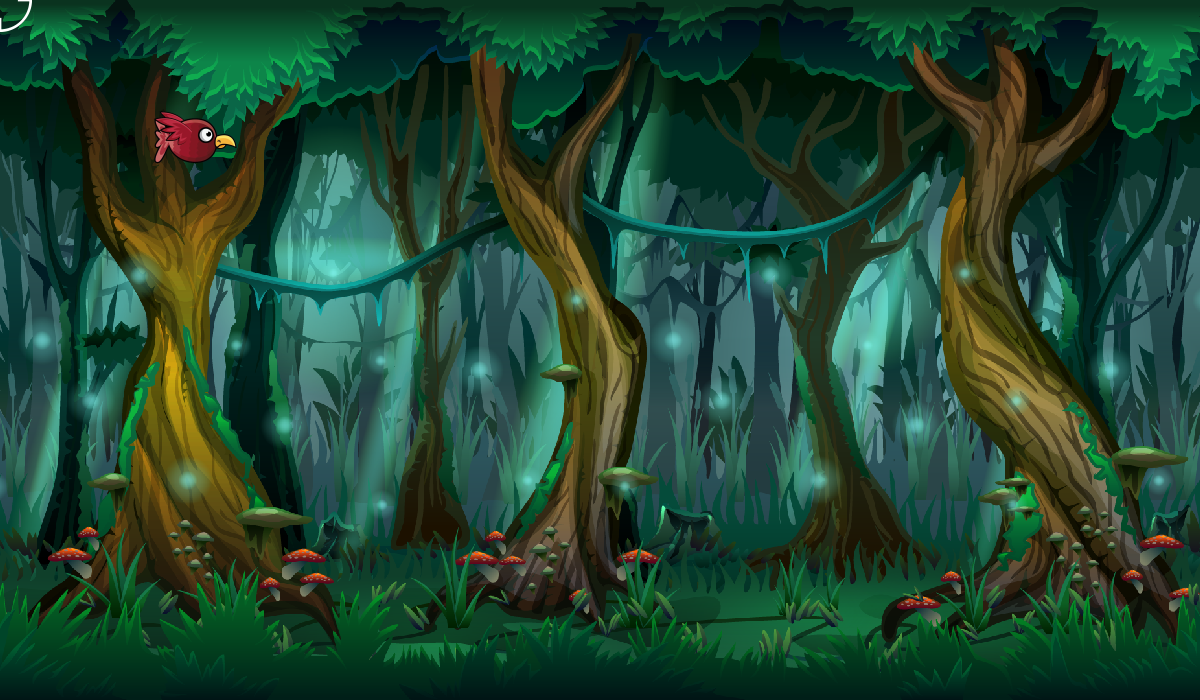
Repository: mys-pro/demo_shooting_bird_vision
Script's output: python main.py
The author's editor kept a copy of each file at every save. The script's output is drawn from the files as they stood at one save, then again after the next save.
The window is shown after at most 60 frames with no key pressed. Random numbers start from a fixed seed. It also reads assets/images/backgrounds/Cartoon_Forest_BG_01.png, assets/images/backgrounds/Cartoon_Forest_BG_02.png, assets/images/backgrounds/Cartoon_Forest_BG_03.png, assets/images/backgrounds/Cartoon_Forest_BG_04.png, assets/images/birds/bird1/b-1.png, assets/images/birds/bird1/b-2.png, assets/images/birds/bird1/b-3.png, assets/images/birds/bird1/b-4.png, assets/images/icon.png, assets/images/viewfinder.png.

Above is the script's output before, as saved 2024-06-16 16:35:20.

After the next save:
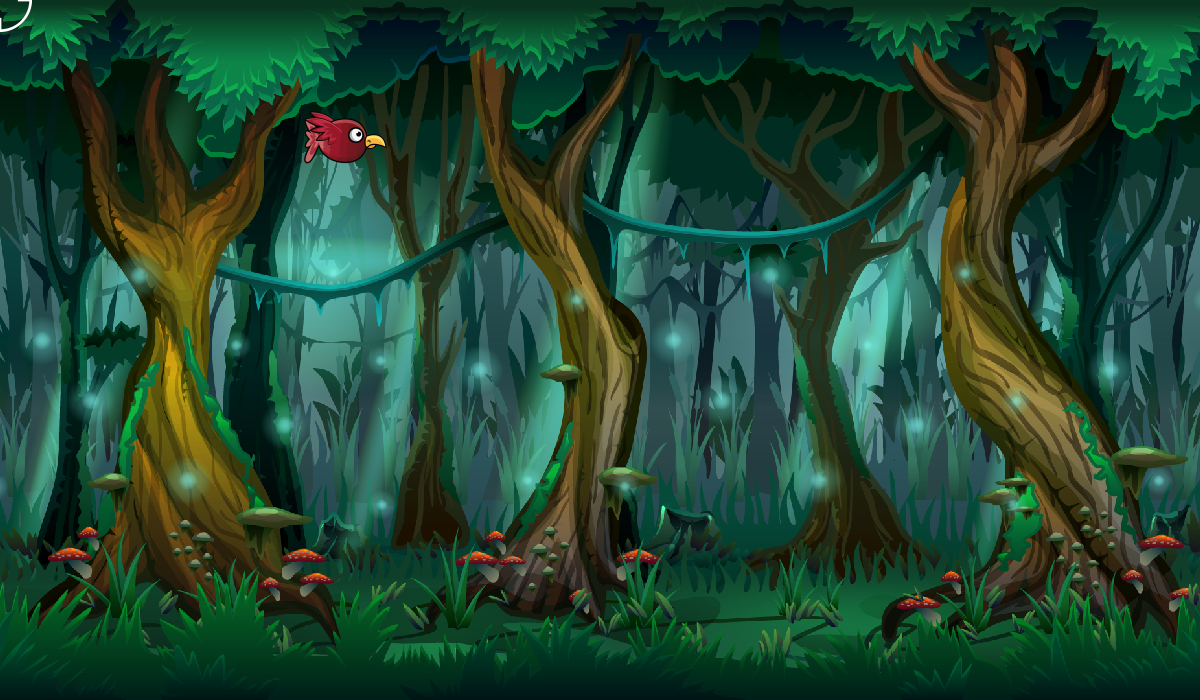
Saved 19 s later.
--- a/main.py
+++ b/main.py
@@ -66,13 +66,6 @@ class bird:
         if self.rect.left > SCREEN_WIDTH:
             self.reset()
 
-    def reset(self):
-        # Đặt lại vị trí và hình ảnh của đối tượng
-        self.rect.x = -100  # Đặt lại vị trí bên phải màn hình
-        self.rect.y = random.randrange(0, SCREEN_HEIGHT // 2, 10)  # Đặt lại vị trí ngẫu nhiên theo chiều cao màn hình
-        self.image_index = 0
-        self.image = self.images[self.image_index]
-
     def draw(self, screen):
         screen.blit(self.image, self.rect)
 
@@ -122,8 +115,6 @@ def main(SCREEN):
                 running = False
 
         draw(SCREEN, background, view_finder, b)
-
-        pygame.display.update()
         pygame.time.Clock().tick(FPS)
     pygame.quit()
 
